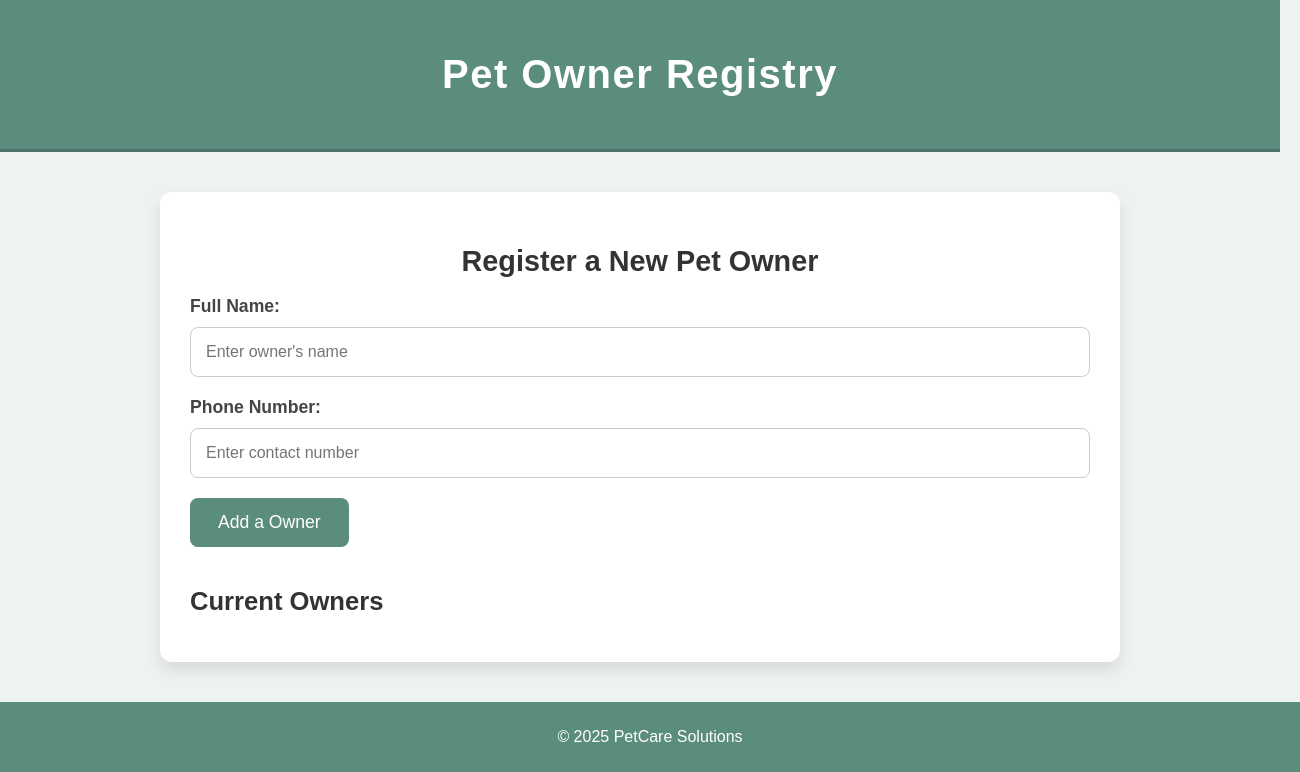
Repository: abirami1105/repoA
Page: PetClinicApplication/src/main/resources/static/owner.html
These files come from the project's save history. The page is drawn as it stood at one moment and after the next save; the edit follows.
The browser window is 1280 px wide. The page is 1300 px wide, so the pictures cover 1300 px, including what lies to the right of the window. The pictures show the whole page.
The page's requests for data from a server got no answer.

Above is the page before, as saved 2025-01-02 18:37:33.

### PetClinicApplication/src/main/resources/static/owner.html
<!DOCTYPE html>
<html lang="en">
<head>
    <meta charset="UTF-8">
    <meta name="viewport" content="width=device-width, initial-scale=1.0">
    <title>Pet Owner Registry</title>
    <style>
        body {
            font-family: 'Arial', sans-serif;
            background-color: #eef2f3;
            margin: 0;
            padding: 0;
        }

        header {
            background-color: #5b8d7e;
            color: white;
            padding: 25px 0;
            text-align: center;
            border-bottom: 3px solid #4a726b;
        }

        header h1 {
            font-size: 2.5rem;
            letter-spacing: 1.5px;
        }

        .container {
            max-width: 900px;
            margin: 40px auto;
            padding: 30px;
            background-color: #ffffff;
            border-radius: 12px;
            box-shadow: 0 8px 16px rgba(0, 0, 0, 0.1);
        }

        .form-container {
            margin-bottom: 35px;
        }

        .form-container h2 {
            text-align: center;
            color: #333;
            font-size: 1.8rem;
            margin-bottom: 18px;
        }

        .form-container label {
            display: block;
            margin-bottom: 10px;
            font-size: 1.1rem;
            font-weight: bold;
            color: #444;
        }

        .form-container input {
            width: 100%;
            padding: 15px;
            font-size: 1rem;
            border-radius: 8px;
            border: 1px solid #ccc;
            margin-bottom: 20px;
            box-sizing: border-box;
            transition: all 0.3s ease;
        }

        .form-container input:focus {
            border-color: #5b8d7e;
            outline: none;
        }

        .form-container button {
            background-color: #5b8d7e;
            color: white;
            padding: 14px 28px;
            font-size: 1.1rem;
            border: none;
            border-radius: 8px;
            cursor: pointer;
            transition: background-color 0.3s ease;
        }

        .form-container button:hover {
            background-color: #4a726b;
        }

        .owner-list {
            margin-top: 40px;
        }

        .owner-list h3 {
            font-size: 1.6rem;
            color: #333;
            margin-bottom: 15px;
        }

        .owner-list ul {
            list-style: none;
            padding: 0;
        }

        .owner-list li {
            background-color: #f7f9fa;
            padding: 15px;
            margin-bottom: 12px;
            border-radius: 8px;
            box-shadow: 0 4px 6px rgba(0, 0, 0, 0.1);
            display: flex;
            justify-content: space-between;
            align-items: center;
            font-size: 1rem;
            color: #333;
        }

        .owner-list li span {
            font-weight: bold;
            color: #5b8d7e;
        }

        footer {
            background-color: #5b8d7e;
            color: white;
            text-align: center;
            padding: 10px;
            position: relative;
            bottom: 0;
            width: 100%;
            margin-top: 40px;
        }

    </style>
</head>
<body>

<header>
    <h1>Pet Owner Registry</h1>
</header>

<div class="container">
    <div class="form-container">
        <h2>Register a New Pet Owner</h2>
        <form id="ownerForm">
            <label for="name">Full Name:</label>
            <input type="text" id="name" name="name" placeholder="Enter owner's name" required>

            <label for="contact">Phone Number:</label>
            <input type="text" id="contact" name="contact" placeholder="Enter contact number" required>

            <button type="submit">Add a Owner</button>
        </form>
    </div>

    <div class="owner-list">
        <h3>Current Owners</h3>
        <ul id="ownerList"></ul>
    </div>
</div>

<footer>
    <p>&copy; 2025 PetCare Solutions</p>
</footer>

<script>
    document.getElementById("ownerForm").addEventListener("submit", function(event) {
        event.preventDefault();

        const ownerData = {
            name: document.getElementById("name").value,
            contact: document.getElementById("contact").value
        };

        fetch("/owners", {
            method: "POST",
            headers: {
                "Content-Type": "application/json"
            },
            body: JSON.stringify(ownerData)
        })
        .then(response => response.json())
        .then(owner => {
            alert("Owner successfully registered!");
            loadOwners(); // Reload the list of owners after adding a new one
        });
    });

    function loadOwners() {
        fetch("/owners")
            .then(response => response.json())
            .then(owners => {
                const ownerList = document.getElementById("ownerList");
                ownerList.innerHTML = "";
                owners.forEach(owner => {
                    const listItem = document.createElement("li");
                    listItem.innerHTML = `
                        <span>${owner.name}</span> - ${owner.contact}
                    `;
                    ownerList.appendChild(listItem);
                });
            });
    }

    loadOwners(); // Load owners when the page is first loaded
</script>

</body>
</html>

After the next save:
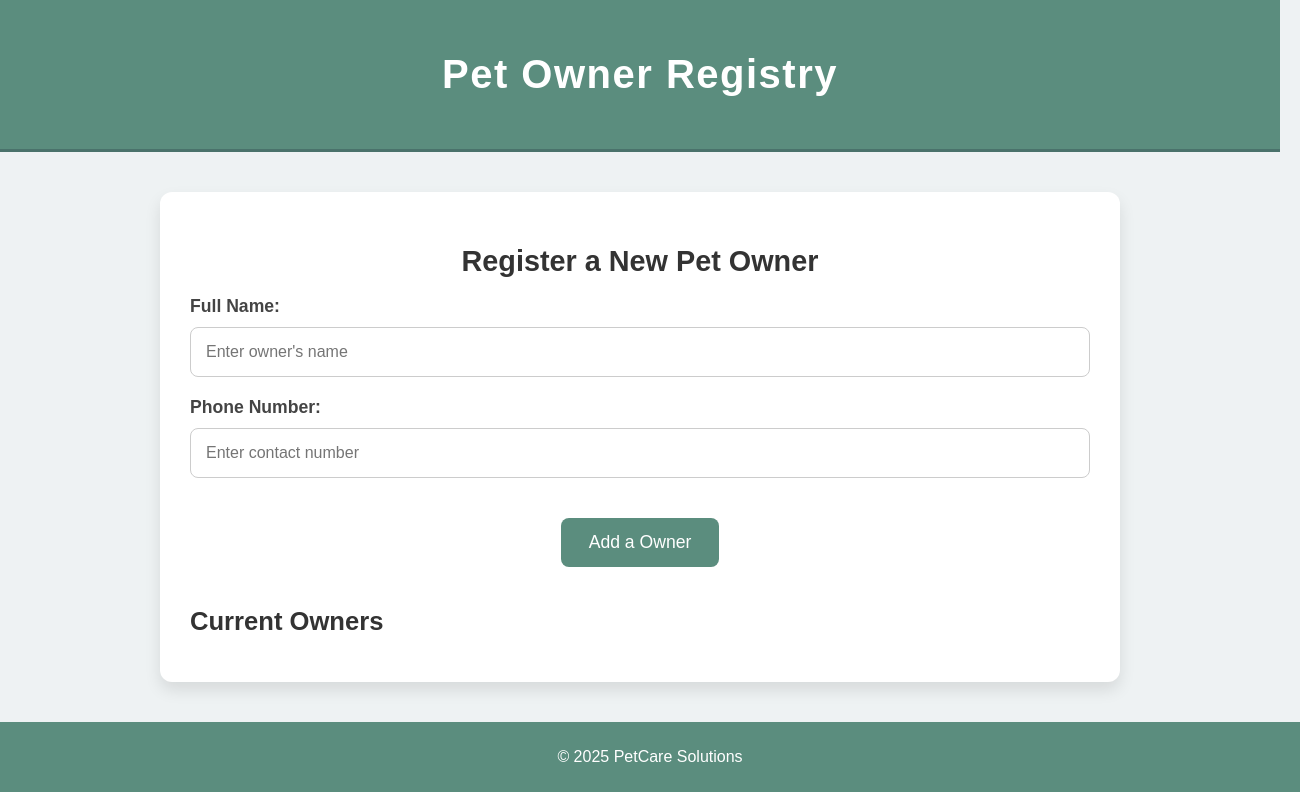
Saved 4 min 1 s later.
--- a/PetClinicApplication/src/main/resources/static/owner.html
+++ b/PetClinicApplication/src/main/resources/static/owner.html
@@ -84,6 +84,27 @@
             background-color: #4a726b;
         }
 
+        .button-container {
+        	text-align: center;
+    		margin-top: 20px;
+		}
+
+		.form-container button {
+    		background-color: #5b8d7e;
+    		color: white;
+    		padding: 14px 28px;
+    		font-size: 1.1rem;
+    		border: none;
+    		border-radius: 8px;
+    		cursor: pointer;
+    		transition: background-color 0.3s ease;
+		}
+
+		.form-container button:hover {
+    		background-color: #4a726b;
+		}
+
+
         .owner-list {
             margin-top: 40px;
         }
@@ -139,14 +160,16 @@
 <div class="container">
     <div class="form-container">
         <h2>Register a New Pet Owner</h2>
-        <form id="ownerForm">
-            <label for="name">Full Name:</label>
-            <input type="text" id="name" name="name" placeholder="Enter owner's name" required>
-
-            <label for="contact">Phone Number:</label>
-            <input type="text" id="contact" name="contact" placeholder="Enter contact number" required>
-
-            <button type="submit">Add a Owner</button>
+    	<form id="ownerForm">
+        	<label for="name">Full Name:</label>
+        	<input type="text" id="name" name="name" placeholder="Enter owner's name" required>
+
+        	<label for="contact">Phone Number:</label>
+        	<input type="text" id="contact" name="contact" placeholder="Enter contact number" required>
+
+        	<div class="button-container">
+            	<button type="submit">Add a Owner</button>
+        	</div>
         </form>
     </div>
 
